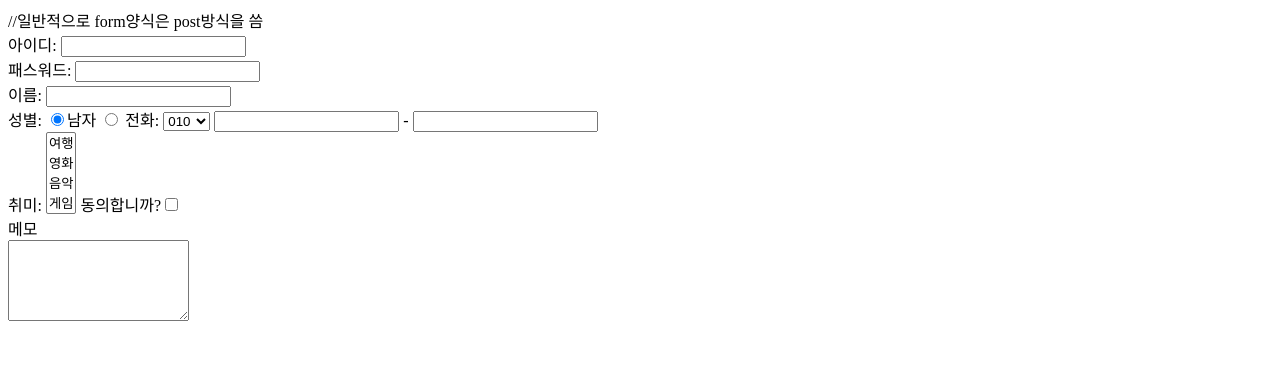
Repository: ProSleeper/itwill
Page: http://localhost/study/day1/test2.jsp
An editor plug-in stored every save of this project. The page is shown before and after a run of saves, followed by the edit.
The browser window is 1280 px wide. The pictures show the whole page.
The page is served by Tomcat 9.

Above is the page before, as saved 2022-07-18 02:13:01.

### study/WebContent/day1/test2.jsp
<%@ page language="java" contentType="text/html; charset=UTF-8"
	pageEncoding="UTF-8"%>
<!DOCTYPE html>
<html>
<head>
<meta charset="UTF-8">
<title>Insert title here</title>
</head>
<body>

	//일반적으로 form양식은 post방식을 씀
	<form action="" method="post" name="myForm">

		아이디: <input type="text" name="userId" /><br /> 패스워드: <input
			type="password" name="userPwd" /><br /> 이름: <input type="text"
			name="userName" /><br /> 성별: <input type="radio" name="gender"
			value="M" checked="checked" />남자 <input type="radio" name="gender"
			value="F" /> 전화: <select name="tel1">
			<option value="">선택</option>
			<option value="010" selected="selected">010</option>
			<option value="070">070</option>
			<option value="011">011</option>

		</select> <input type="text" name="tel2" /> - <input type="text" name="tel3"><br />

		취미: <select multiple="multiple" size="4" name="hobby">
			<option value="여행">여행</option>
			<option value="영화">영화</option>
			<option value="음악">음악</option>
			<option value="게임">게임</option>

		</select>
		동의합니까?<input type="checkbox" name="agreeChk" value="Y"><br />

		메모<br/>
		<textarea rows="5" cols="20" name="memo"></textarea>


	</form>



</body>
</html>

After the next 2 saves:
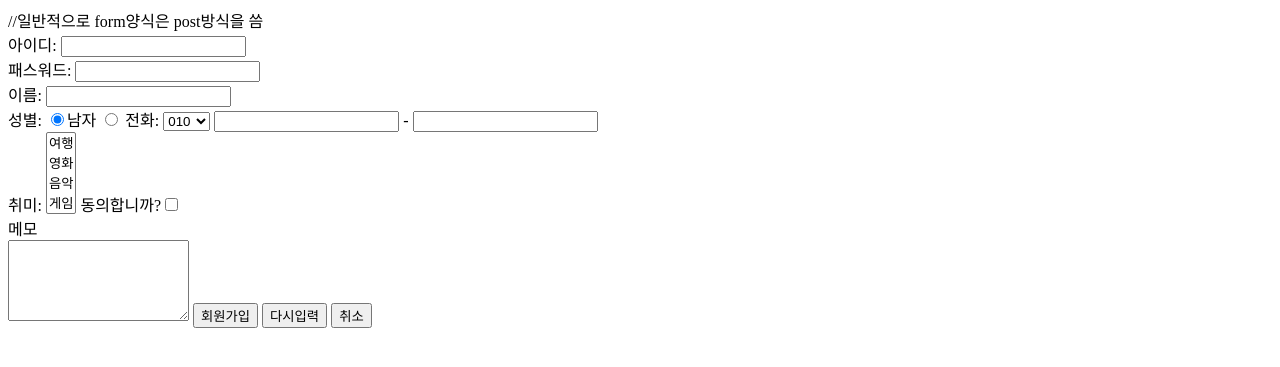
The 2 saves are shown as one change because they came seconds apart.
The last was saved 80 s later.
--- a/study/WebContent/day1/test2.jsp
+++ b/study/WebContent/day1/test2.jsp
@@ -29,11 +29,15 @@
 			<option value="음악">음악</option>
 			<option value="게임">게임</option>
 
-		</select>
-		동의합니까?<input type="checkbox" name="agreeChk" value="Y"><br />
+		</select> 동의합니까?<input type="checkbox" name="agreeChk" value="Y"><br />
 
-		메모<br/>
+		메모<br />
 		<textarea rows="5" cols="20" name="memo"></textarea>
+
+		<input type="button" value="회원가입" onclick="" /> <input type="reset"
+			value="다시입력" /> <input type="button" value="취소" />
+
+
 
 
 	</form>
